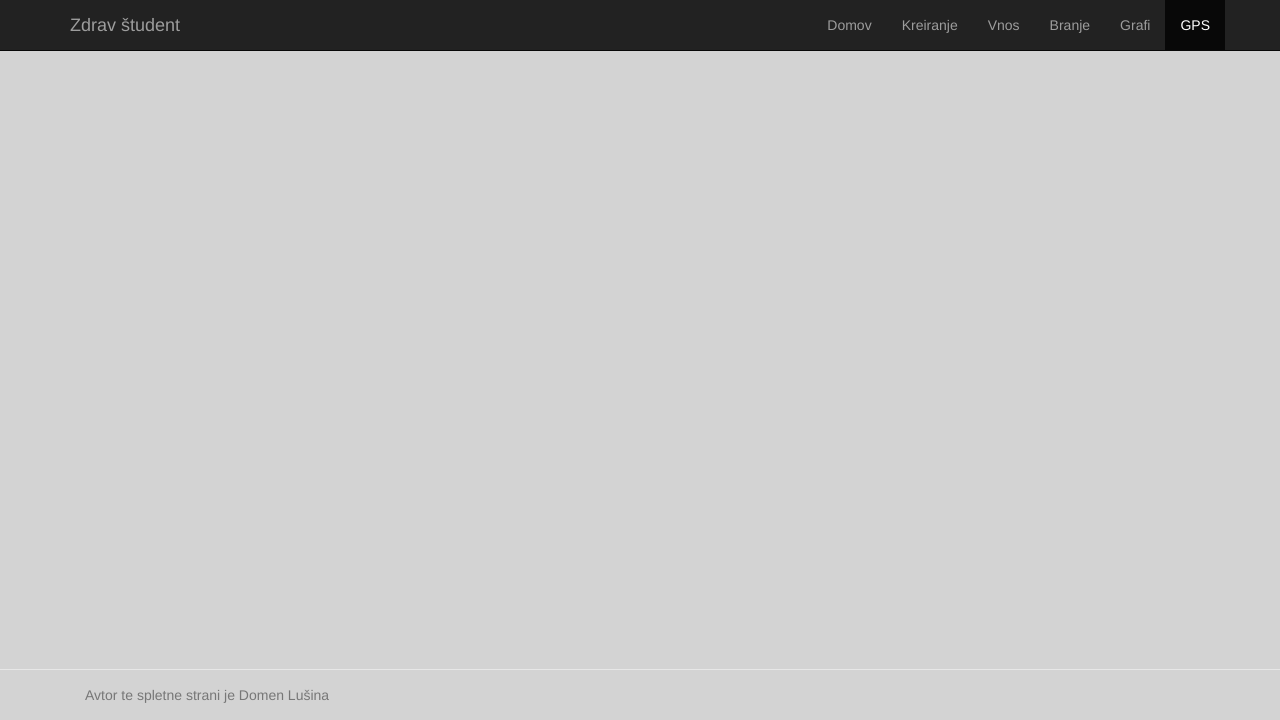
Repository: dl4184/ois-dn4
Page: gps.html
The author's editor kept a record of every edit. The page is drawn from the files as they stood at one moment, then again after the next edit.
The browser window is 1280 px wide. The pictures show the whole page.
Some web libraries are served in a nearby version.

Above is the page before.
Not found: css/styles.css

After the next edit:
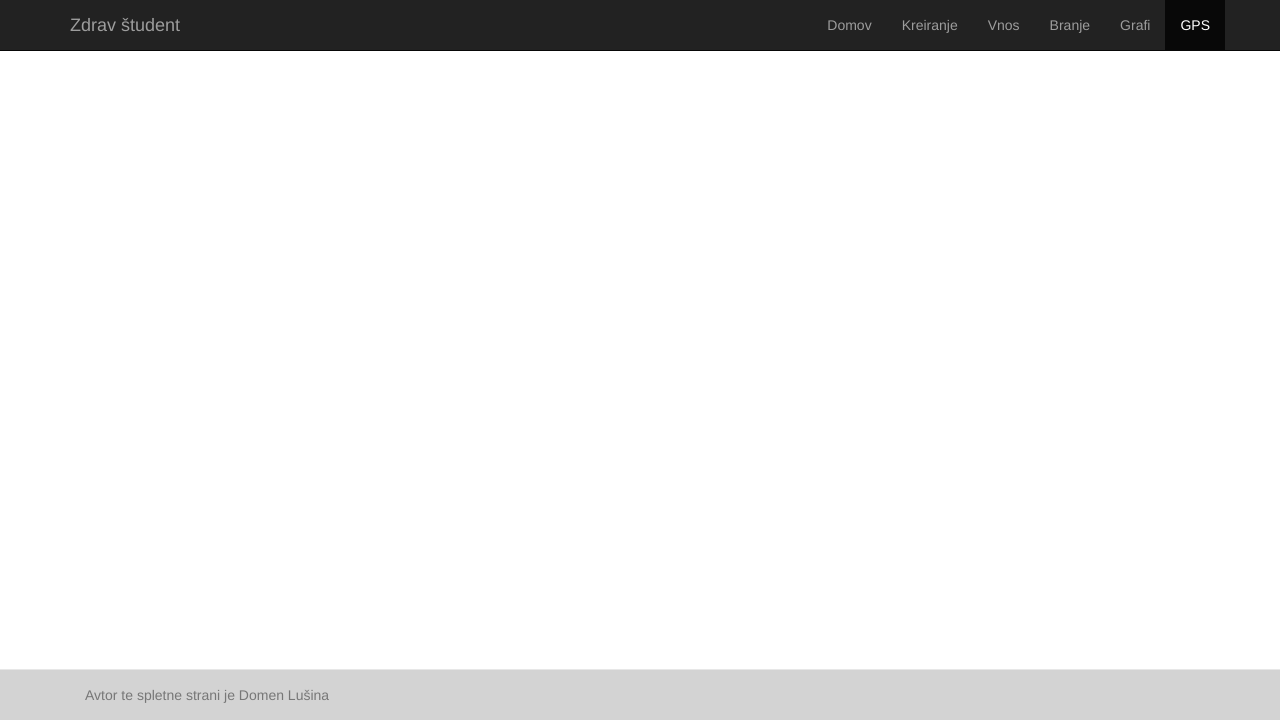
The edit:
--- a/gps.html
+++ b/gps.html
@@ -7,7 +7,7 @@
                     <link href = "css/bootstrap.min.css" rel = "stylesheet">
                     <link href = "css/styles.css" rel = "stylesheet">
             </head>
-            <body style="background-color:lightgray">
+            <body>
 
                     <div class = "navbar navbar-inverse navbar-static-top">
                             <div class = "container">
